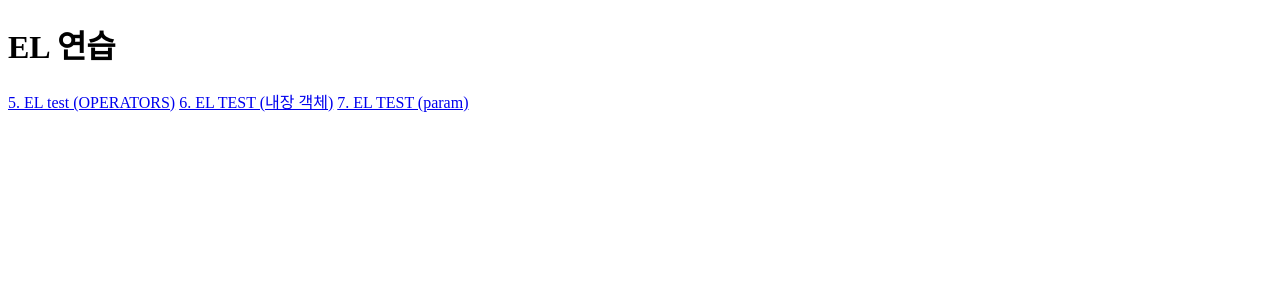
Repository: emthrology/servertest
Page: apache/jspTag/WebContent/EL/jsp_EL.html
An editor plug-in stored every save of this project. The page is shown before and after the next save, followed by the edit.
The browser window is 1280 px wide. The pictures show the whole page.

Above is the page before, as saved 2019-05-16 02:56:34.

After the next save:
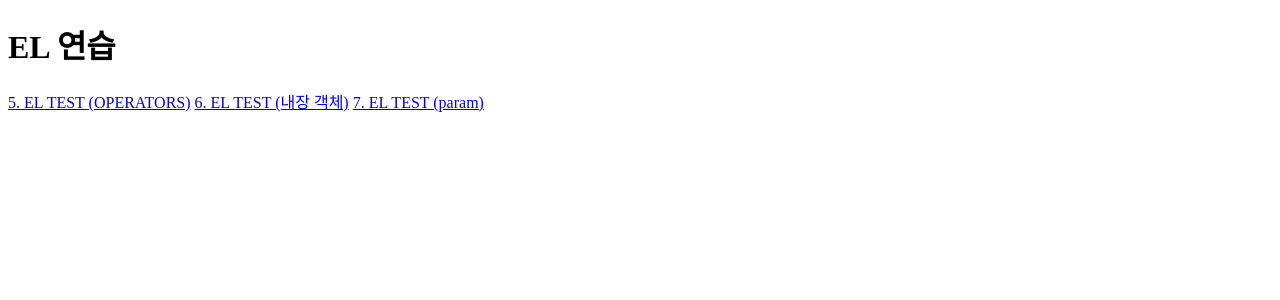
Saved 6 s later.
--- a/apache/jspTag/WebContent/EL/jsp_EL.html
+++ b/apache/jspTag/WebContent/EL/jsp_EL.html
@@ -6,7 +6,7 @@
 </head>
 <body>
 	<h1>EL 연습</h1>
-	<a href="/jsp/EL/ELTest5.jsp">5. EL test (OPERATORS)</a>
+	<a href="/jsp/EL/ELTest5.jsp">5. EL TEST (OPERATORS)</a>
 	<a href="/jsp/EL/ELTest6.jsp">6. EL TEST (내장 객체)</a>
 	<a href="/jsp/EL/form.html">7. EL TEST (param)</a>
 </body>
